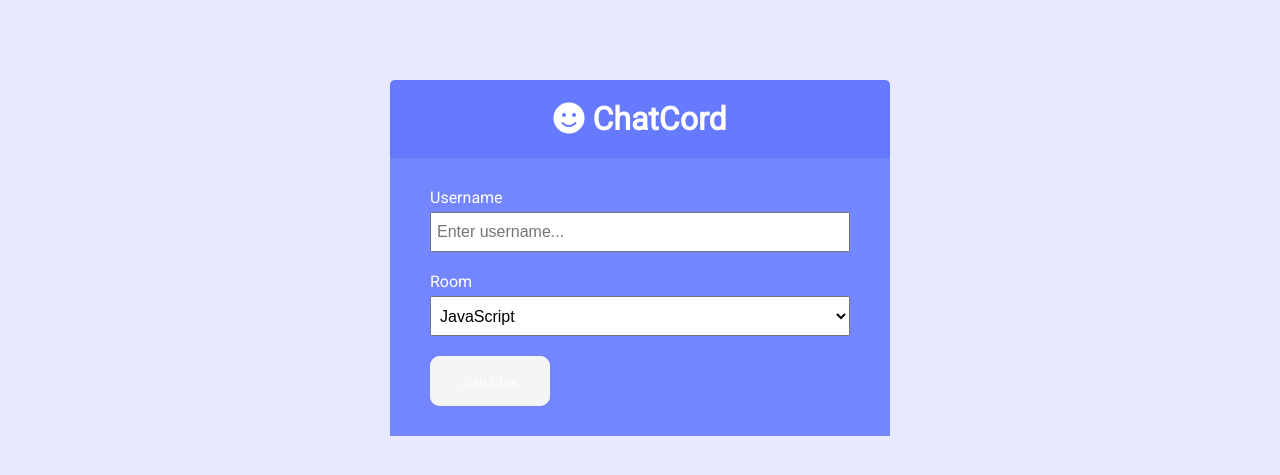
Repository: satyam12116/chat
Page: public/index.html
These files come from the project's save history. The page is drawn as it stood at one moment and after a run of saves; the edit follows.
The browser window is 1280 px wide. The pictures show the whole page.
Some web libraries are served in a nearby version.

Above is the page before, as saved 2023-03-26 10:35:03.

### public/index.html
<!DOCTYPE html>
<html lang="en">
	<head>
		<meta charset="UTF-8" />
		<meta name="viewport" content="width=device-width, initial-scale=1.0" />
		<meta http-equiv="X-UA-Compatible" content="ie=edge" />
		<link
			rel="stylesheet"
			href="https://cdnjs.cloudflare.com/ajax/libs/font-awesome/5.12.1/css/all.min.css"
			integrity="sha256-mmgLkCYLUQbXn0B1SRqzHar6dCnv9oZFPEC1g1cwlkk="
			crossorigin="anonymous"
		/>
		<link rel="stylesheet" href="css/style.css" />
		<title>ChatCord App</title>
	</head>
	<body>
		<div class="join-container">
			<header class="join-header">
				<h1><i class="fas fa-smile"></i> ChatCord</h1>
			</header>
			<main class="join-main">
				<form action="chat.html">
					<div class="form-control">
						<label for="username">Username</label>
						<input
							type="text"
							name="username"
							id="username"
							placeholder="Enter username..."
							required
						/>
					</div>
					<div class="form-control">
						<label for="room">Room</label>
						<select name="room" id="room">
							<option value="JavaScript">JavaScript</option>
							<option value="Python">Python</option>
							<option value="PHP">PHP</option>
							<option value="C#">C#</option>
							<option value="Ruby">Ruby</option>
							<option value="Java">Java</option>
						</select>
					</div>
					<button type="submit"class="glow-on-hover">Join Chat</button>
				</form>
			</main>
		</div>
	</body>
</html>

### public/css/style.css
@import url('https://fonts.googleapis.com/css?family=Roboto&display=swap');

:root {
	--dark-color-a: #667aff;
	--dark-color-b: #7386ff;
	--light-color: #e6e9ff;
	--success-color: #5cb85c;
	--error-color: #d9534f;
}

* {
	box-sizing: border-box;
	margin: 0;
	padding: 0;
}

body {
	font-family: 'Roboto', sans-serif;
	font-size: 16px;
	background: var(--light-color);
	margin: 20px;
}

ul {
	list-style: none;
}

a {
	text-decoration: none;
}

.btn {
	cursor: pointer;
	padding: 5px 15px;
	background: var(--light-color);
	color: var(--dark-color-a);
	border: 0;
	font-size: 17px;
}

/* Chat Page */

.chat-container {
	max-width: 1100px;
	background: #fff;
	margin: 30px auto;
	overflow: hidden;
}

.chat-header {
	background: var(--dark-color-a);
	color: #fff;
	border-top-left-radius: 5px;
	border-top-right-radius: 5px;
	padding: 15px;
	display: flex;
	align-items: center;
	justify-content: space-between;
}

.chat-main {
	display: grid;
	grid-template-columns: 1fr 3fr;
}

.chat-sidebar {
	background: var(--dark-color-b);
	color: #fff;
	padding: 20px 20px 60px;
	overflow-y: scroll;
}

.chat-sidebar h2 {
	font-size: 20px;
	background: rgba(0, 0, 0, 0.1);
	padding: 10px;
	margin-bottom: 20px;
}

.chat-sidebar h3 {
	margin-bottom: 15px;
}

.chat-sidebar ul li {
	padding: 10px 0;
}

.chat-messages {
	padding: 30px;
	max-height: 500px;
	overflow-y: scroll;
}

.chat-messages .message {
	padding: 10px;
	margin-bottom: 15px;
	background-color: var(--light-color);
	border-radius: 5px;
	overflow-wrap: break-word;
}

.chat-messages .message .meta {
	font-size: 15px;
	font-weight: bold;
	color: var(--dark-color-b);
	opacity: 0.7;
	margin-bottom: 7px;
}

.chat-messages .message .meta span {
	color: #777;
}

.chat-form-container {
	padding: 20px 30px;
	background-color: var(--dark-color-a);
}

.chat-form-container form {
	display: flex;
}

.chat-form-container input[type='text'] {
	font-size: 16px;
	padding: 5px;
	height: 40px;
	flex: 1;
}

/* Join Page */
.join-container {
	max-width: 500px;
	margin: 80px auto;
	color: #fff;
}

.join-header {
	text-align: center;
	padding: 20px;
	background: var(--dark-color-a);
	border-top-left-radius: 5px;
	border-top-right-radius: 5px;
}

.join-main {
	padding: 30px 40px;
	background: var(--dark-color-b);
}

.join-main p {
	margin-bottom: 20px;
}

.join-main .form-control {
	margin-bottom: 20px;
}

.join-main label {
	display: block;
	margin-bottom: 5px;
}

.join-main input[type='text'] {
	font-size: 16px;
	padding: 5px;
	height: 40px;
	width: 100%;
}

.join-main select {
	font-size: 16px;
	padding: 5px;
	height: 40px;
	width: 100%;
}

.join-main .btn {
	margin-top: 20px;
	width: 100%;
}

@media (max-width: 700px) {
	.chat-main {
		display: block;
	}

	.chat-sidebar {
		display: none;
	}
}

.glow-on-hover {
	margin-left: ;
    width: 120px;
    height: 50px;
    border: none;
    outline: none;
    color: #fff;
    background:whitesmoke;
    cursor: pointer;
    position: relative;
    z-index: 0;
    border-radius: 10px;
}

.glow-on-hover:before {
    content: '';
    background: linear-gradient(45deg, #ff0000, #ff7300, #fffb00, #48ff00, #00ffd5, #002bff, #7a00ff, #ff00c8, #ff0000);
    position: absolute;
    top: -2px;
    left:-2px;
    background-size: 400%;
    z-index: -1;
    filter: blur(5px);
    width: calc(100% + 4px);
    height: calc(100% + 4px);
    animation: glowing 20s linear infinite;
    opacity: 0;
    transition: opacity .3s ease-in-out;
    border-radius: 10px;
}

.glow-on-hover:active {
    color:whitesmoke;
}

.glow-on-hover:active:after {
    background: transparent;
}

.glow-on-hover:hover:before {
    opacity: 1;
}

.glow-on-hover:after {
    z-index: -1;
    content: '';
    position: absolute;
    width: 100%;
    height: 100%;
    background: whitesmoke;
    left: 0;
    top: 0;
    border-radius: 10px;
}

@keyframes glowing {
    0% { background-position: 0 0; }
    50% { background-position: 400% 0; }
    100% { background-position: 0 0; }
}

After the next 2 saves:
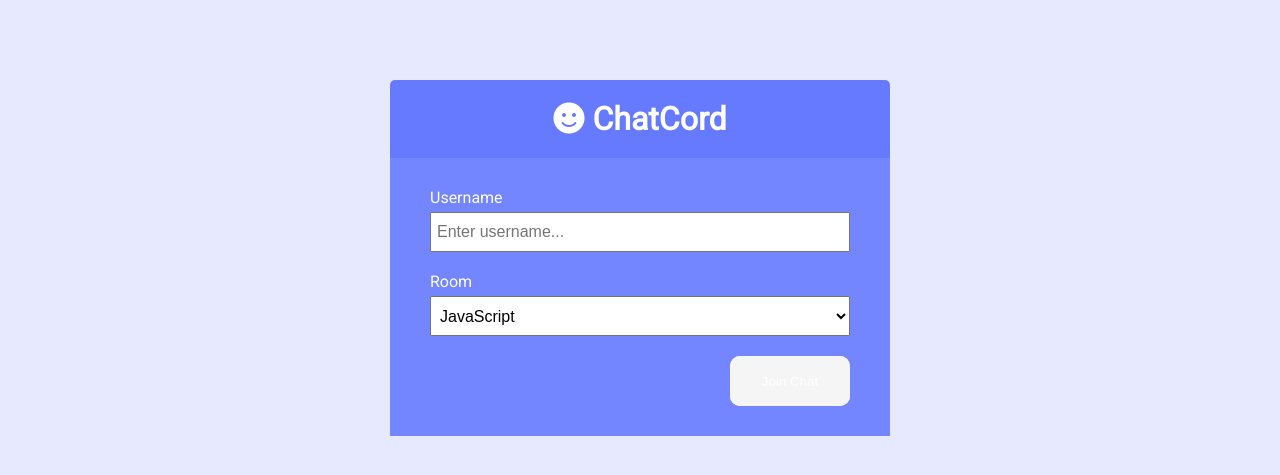
The 2 saves are shown as one change because they came seconds apart.
The last was saved 7 s later.
--- a/public/css/style.css
+++ b/public/css/style.css
@@ -190,7 +190,7 @@
 }
 
 .glow-on-hover {
-	margin-left: ;
+	margin-left: 300px;
     width: 120px;
     height: 50px;
     border: none;

After the save that followed:
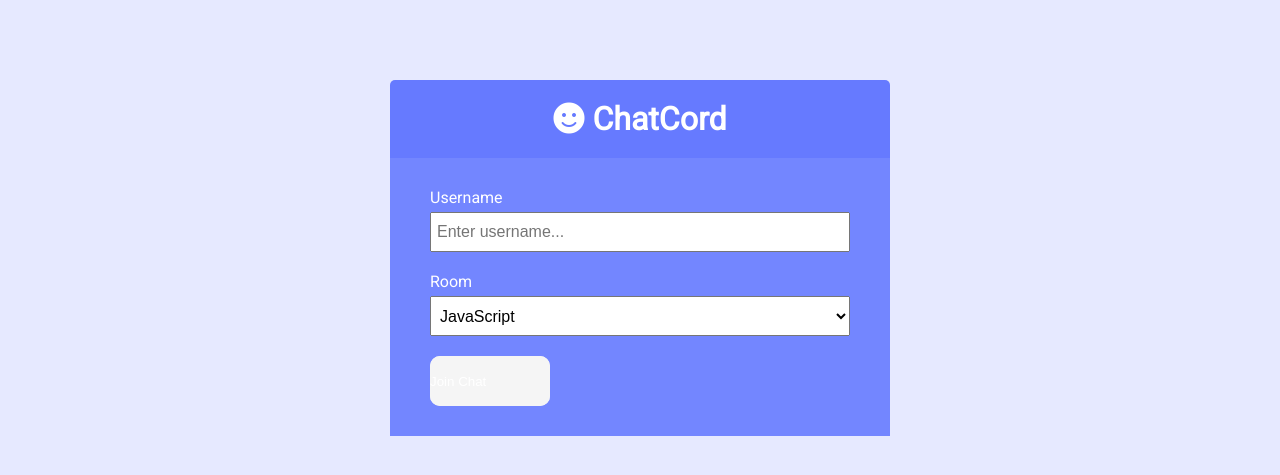
Saved 2 min 6 s later.
--- a/public/css/style.css
+++ b/public/css/style.css
@@ -190,7 +190,9 @@
 }
 
 .glow-on-hover {
-	margin-left: 300px;
+	display: flex;
+	align-items: center;
+	justify-content: space-between;
     width: 120px;
     height: 50px;
     border: none;
